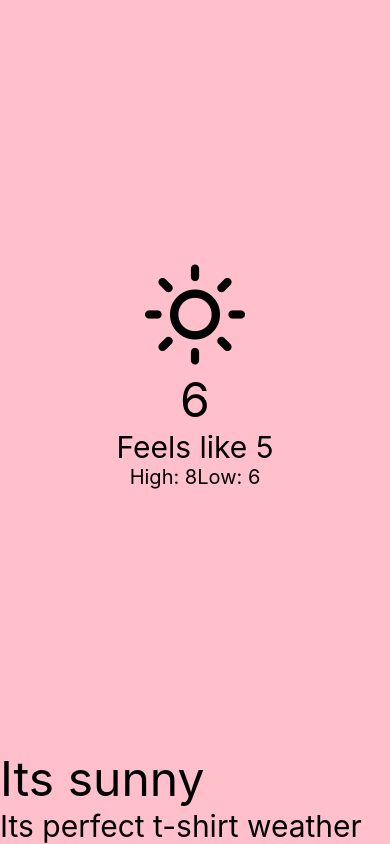
Repository: akinmiday/fcc
Screen: / (app in WeatherApp/)
These files come from the project's save history. The screen is drawn as it stood at one moment and after the next save; the edit follows.
The app was drawn by React Native's web renderer in a window 390 px wide. The project was rebuilt for these pictures with package versions that can differ from the ones it lists, and the page was loaded fresh each time.

Above is the screen before, as saved 2023-07-18 07:27:31.

### WeatherApp/App.js
import React from "react";
import { View, Text, SafeAreaView, StyleSheet } from "react-native";
import { Feather } from '@expo/vector-icons';

const App = () =>{
  return(
   <SafeAreaView style={styles.wrapper} >
     <View style={styles.container} >
     <Feather name="sun" size={100} color="black" />
      <Text style={styles.temp} >6</Text>
      <Text style={styles.feels} >Feels like 5</Text>
      <View style={styles.highLowWrapper} >
        <Text style={styles.highLow} >High: 8</Text>
        <Text style={styles.highLow} >Low: 6</Text>
      </View>
     </View>
     <View style={styles.bodyWrapper} >
        <Text style={styles.description} >Its sunny</Text>
        <Text style={styles.message} >Its perfect t-shirt weather</Text>
      </View>
   </SafeAreaView>
  )
}

const styles= StyleSheet.create({
  wrapper:{
    flex:1,
    backgroundColor: 'pink'
  },
  container:{
    flex:1,
    alignItems: 'center',
    justifyContent: 'center'
  },
  temp:{
    color:'black',
    fontSize:48
  },
  feels:{
    fontSize: 30,
    color:'black'
  },
  highLow:{
    color:'black',
    fontSize: 20
  },
  highLowWrapper:{
    flexDirection: 'row'
  },
  bodyWrapper:{
    justifyContent: 'flex-end',
    alignItems: 'flex-start'
  },
  description:{
    fontSize:48
  },
  message:{
    fontSize:30
  }
})

export default App

After the next save:
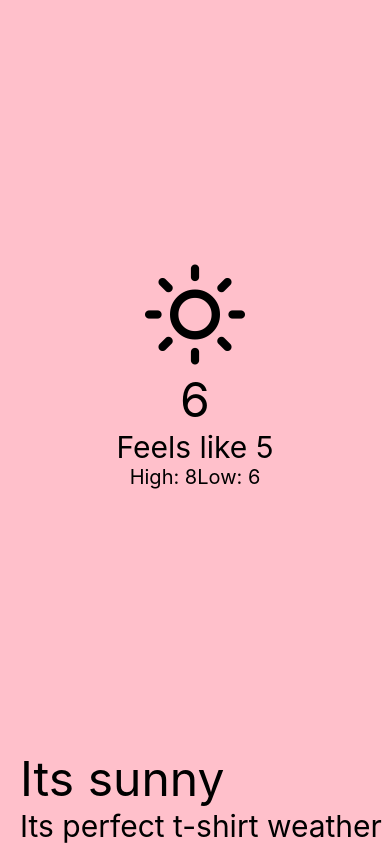
Saved 38 s later.
--- a/WeatherApp/App.js
+++ b/WeatherApp/App.js
@@ -49,7 +49,8 @@ const styles= StyleSheet.create({
   },
   bodyWrapper:{
     justifyContent: 'flex-end',
-    alignItems: 'flex-start'
+    alignItems: 'flex-start',
+    paddingLeft: 20
   },
   description:{
     fontSize:48
